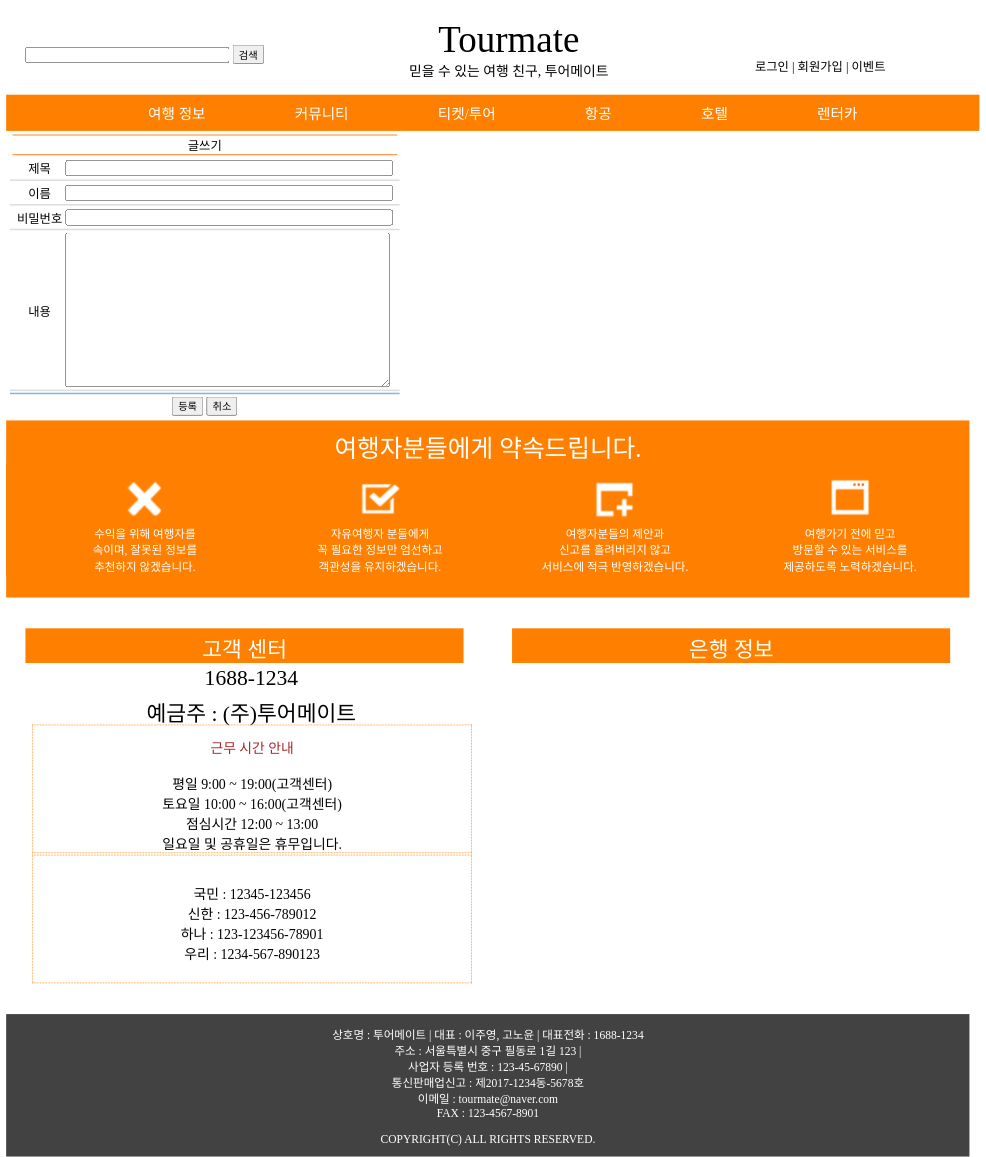
Repository: nohyoonko/2017-2-WP-Tourmate
Page: http://localhost/Tourmate/여행_후기_write.jsp
These files come from the project's save history. The page is drawn as it stood at one moment and after the next save; the edit follows.
The browser window is 1280 px wide. The pictures show the whole page, at 77% of full size.
The page is served by Tomcat 9. Other server files are loaded and not shown.

Above is the page before, as saved 2017-12-05 04:14:11.

### eclipse-workspace/Tourmate/WebContent/여행_후기_write.jsp
<%@ page language="java" contentType="text/html; charset=utf-8"
    pageEncoding="utf-8"%>
<%@ page import="java.sql.*" %>

<script language = "javascript"> // 자바 스크립트 시작

function writeCheck()
{
	var form = document.writeform;
	if( !form.name.value ) // form 에 있는 name 값이 없을 때
	{
		alert( "이름을 적어주세요" ); // 경고창 띄움
		form.name.focus(); // form 에 있는 name 위치로 이동
		return;
	}

	if( !form.password.value )
	{
		alert( "비밀번호를 적어주세요" );
		form.password.focus(); return;
	}
	if( !form.title.value )
	{
		alert( "제목을 적어주세요" );
		form.title.focus();
		return;
	}

	if( !form.memo.value )
	{
		alert( "내용을 적어주세요" );
		form.memo.focus();
		return;
	}
	form.submit();
}
</script>


<!DOCTYPE html PUBLIC "-//W3C//DTD HTML 4.01 Transitional//EN" "http://www.w3.org/TR/html4/loose.dtd">
<html>
 <head>
 <title>투어메이트</title>
 </head>
 <body>
<!-- 제목+메뉴바를 포함한 Header.jsp 파일을 include -->
<jsp:include page="Header.jsp" flush="false"/>
<table>
<form name="writeform" method="post" action="여행_후기_write_ok.jsp">
  <tr>
   <td>
    <table width="100%" cellpadding="0" cellspacing="0" border="0">
     <tr style="background:url('2_trip/table_mid.gif') repeat-x; text-align:center;">
      <td width="5"><img src="2_trip/table_left.gif" width="5" height="30" /></td>
      <td>글쓰기</td>
      <td width="5"><img src="2_trip/table_right.gif" width="5" height="30" /></td>
     </tr>
    </table>
   <table>
     <tr>
      <td>&nbsp;</td>
      <td align="center">제목</td>
      <td><input name="title" size="50" maxlength="100"></td>
      <td>&nbsp;</td>
     </tr>
     <tr height="1" bgcolor="#dddddd"><td colspan="4"></td></tr>
    <tr>
      <td>&nbsp;</td>
      <td align="center">이름</td>
      <td><input name="name" size="50" maxlength="50"></td>
      <td>&nbsp;</td>
     </tr>
      <tr height="1" bgcolor="#dddddd"><td colspan="4"></td></tr>
    <tr>
      <td>&nbsp;</td>
      <td align="center">비밀번호</td>
      <td><input type="password" name="password" size="50" maxlength="50"></td>
      <td>&nbsp;</td>
     </tr>
     <tr height="1" bgcolor="#dddddd"><td colspan="4"></td></tr>
     <tr>
      <td>&nbsp;</td>
      <td align="center">내용</td>
      <td><textarea name="memo" cols="50" rows="13"></textarea></td>
      <td>&nbsp;</td>
     </tr>
     <tr height="1" bgcolor="#dddddd"><td colspan="4"></td></tr>
     <tr height="1" bgcolor="#82B5DF"><td colspan="4"></td></tr>
     <tr align="center">
      <td>&nbsp;</td>
      <td colspan="2"><input type="submit" value="등록" OnClick="javascript:writeCheck();">
       <input type="reset" value="취소" OnClick="javascript:history.back(-1)">
      <td>&nbsp;</td>
     </tr>
    </table>
   </td>
  </tr>
  </form>
 </table>
<!-- 회사 정보와 약속을 포함한 Footer.jsp 파일을 include -->
<jsp:include page="Footer.jsp" flush="false"/>
</body>
 </html>

### eclipse-workspace/Tourmate/WebContent/Header.jsp
<%@ page language="java" contentType="text/html; charset=UTF-8"
    pageEncoding="UTF-8"%>
<!DOCTYPE html PUBLIC "-//W3C//DTD HTML 4.01 Transitional//EN" "http://www.w3.org/TR/html4/loose.dtd">
<html>
<head>
	<meta http-equiv="Content-Type" content="text/html; charset=UTF-8">
	<title>투어메이트</title>
    <style>
        div { font-family: "함초롬돋움"; }

        div.header1 {
            width: 30%;
            float: left;
            margin-left: 25px;
            margin-top: 50px;
        }

        div.header2 {
            width: 33%;
            height: 60px;
            float: left;
            margin-left: 40px;
            margin-top: 15px;
            color: black;
        }

      	div.header2 > a {
        	color:black; text-decoration:none;
      	}

        div.header3 {
            width: 31%;
            height: 50px;
            float: left;
            margin-right: 10px;
            margin-top: 65px;
        }

        .menubar {
 			background: #FF8000;
 			display: inline-block;
  			width: 100%;
		}
		.main { margin: 0; padding: 0; font-size: 19px; }
		.main li {
			padding:0% 3% 0% 3%;
  			float: left;
  			list-style:none;
  			position: relative;
		}
		.main li:first-child { margin-left: 10%; }
		.main li:hover { background: #984807; }
		.main a {
  			color: white;
  			display: block;
  			padding: 10px 20px;
  			text-decoration: none;
		}
		.main ul {
  			background: white;
  			display: none;
  			padding: 0;
  			position: absolute;
  			left: 0;
  			top: 100%;
  			z-index: 2;
  			width: 210px;
		}
		.main ul li { float: none; margin-left: 10%; }
		.main ul a { color: #984807; }
		.main ul li:hover { background: white; }
		.main ul li:hover>a { color: #FF8000; }
	</style>
</head>
<body>
    <div class="header1">
        <input type="text" size=30>
        <input type="submit" value="검색">
    </div>
    <a href="투어메이트.html">
    <div class="header2">
        <center>
            <font face="HYHeadLine" size="7">Tourmate</font><br>
            <font face="함초롬돋움" size="4">믿을 수 있는 여행 친구, 투어메이트</font>
        </center>
    </div>
    </a>
    <div class="header3">
        <center>
            <font size="3">로그인 | 회원가입 | 이벤트</font>
        </center>
    </div>

    <!--상단 메뉴바와 하위 메뉴-->
    <script src="//code.jquery.com/jquery.min.js"></script>
	<script>
	$(function(){
  		$(".main li").hover(function(){
    		$('ul:first',this).show();
  		}, function(){
    		$('ul:first',this).hide();
  		});
	});
	</script>

    <div class="menubar">
        <ul class="main">
            <li>
           		<a href="#">여행 정보</a>
           		<ul>
            		<li><a href="인기_여행_도시.jsp">인기 여행 도시</a></li>
            		<li><a href="#">여행 준비</a></li>
            	</ul>
            </li>

            <li>
                <a href="#">커뮤니티</a>
                <ul>
                    <li><a href="여행_후기.jsp">여행 후기</a></li>
                    <li><a href="#">맛집 추천</a></li>
                </ul>
            </li>

            <li>
                <a href="#">티켓/투어</a>
                <ul>
                    <li><a href="티켓투어_한국.jsp">한국</a></li>
                    <li><a href="티켓투어_홍콩.jsp">홍콩</a></li>
                    <li><a href="티켓투어_일본.jsp">일본</a></li>
                    <li><a href="티켓투어_싱가포르.jsp">싱가포르</a></li>
                    <li><a href="티켓투어_대만.jsp">대만</a></li>
                </ul>
            </li>

            <li><a href="항공.jsp">항공</a></li>
            <li><a href="호텔.jsp">호텔</a></li>
            <li><a href="#">렌터카</a></li>
        </ul>
    </div>

</body>
</html>

### eclipse-workspace/Tourmate/WebContent/Footer.jsp
<%@ page language="java" contentType="text/html; charset=UTF-8"
    pageEncoding="UTF-8"%>
<!DOCTYPE html PUBLIC "-//W3C//DTD HTML 4.01 Transitional//EN" "http://www.w3.org/TR/html4/loose.dtd">
<html>
<head>
	<meta http-equiv="Content-Type" content="text/html; charset=UTF-8">
	<title>투어메이트</title>
    <style>
        div { font-family: "함초롬돋움"; }

       div.footer{
         width:99%;
         height:220px;
         float:left;
         background-color:#FF8000;
         color:white;
         text-align:center;
         padding-top:10px;
      }
      div.promise{
         width:20%;
         float:left;
         height:140px;
         background-color:#FF8000;
         color:white;
         font-size:15px;
         text-align:center;
         padding-top:5px;
         padding-left:55px;
      }
      div.footer2{
         width:45%;
         height:40px;
         float:left;
         font-size:28px;
         background-color:#FF8000;
         color:white;
         text-align:center;
         padding-top:5px;
         margin-left:2%;
         margin-right:3%;
         margin-top:40px;
      }
      div.footer3{
         width:45%;
         height:35px;
         float:left;
         font-size:28px;
         text-align:center;
         padding-top:4px;
         margin-left:34px;
         margin-right:34px;
      }
      div.footer4{
         width:45%;
         height:150px;
         float:left;
         font-size:18px;
         text-align:center;
         padding-top:15px;
         margin-top:2px;
         margin-left:34px;
         margin-right:34px;
         border-width: 1px;
         border-style : dotted;
         border-color : #FF8000;
      }
      div.footer5{
         width:99%;
         height:170px;
         font-size:15px;
         background-color:#424242;
         color:white;
         float:left;
         text-align:center;
         padding-top:15px;
         margin-top:40px;
      }
       #fo {width:60px; height:60px; padding:10px 70px 5px 70px;}
	</style>
</head>
<body>
       <div class="footer">
         <font size="6">여행자분들에게 약속드립니다.</font><br>
         <div class="promise">
            <img id="fo" src="main/footer 그림1.png"><br>
            수익을 위해 여행자를<br>
            속이며, 잘못된 정보를<br>
            추천하지 않겠습니다.
         </div>
         <div class="promise">
            <img id="fo" src="main/footer 그림2.png"><br>
            자유여행자 분들에게<br>
            꼭 필요한 정보만 엄선하고<br>
            객관성을 유지하겠습니다.
         </div>
         <div class="promise">
            <img id="fo" src="main/footer 그림3.png"><br>
            여행자분들의 제안과<br>
            신고를 흘려버리지 않고<br>
            서비스에 적극 반영하겠습니다.
         </div>
         <div class="promise">
            <img id="fo" src="main/footer 그림4.png"><br>
            여행가기 전에 믿고<br>
            방문할 수 있는 서비스를<br>
            제공하도록 노력하겠습니다.
         </div>
      </div>
      <br>
      <div class="footer2">고객 센터</div>
      <div class="footer2">은행 정보</div>
      <br>
      <div class="footer3">1688-1234</div>
      <div class="footer3">예금주 : (주)투어메이트</div>
      <br>
      <div class="footer4">
         <font color="brown" size="4">근무 시간 안내</font><br><br>
         평일 9:00 ~ 19:00(고객센터)<br>
         토요일 10:00 ~ 16:00(고객센터)<br>
         점심시간 12:00 ~ 13:00<br>
         일요일 및 공휴일은 휴무입니다.<br>
      </div>
      <div class="footer4"><br>
         국민 : 12345-123456<br>
         신한 : 123-456-789012<br>
         하나 : 123-123456-78901<br>
         우리 : 1234-567-890123<br>
      </div>
      <div class="footer5">
         상호명 : 투어메이트 | 대표 : 이주영, 고노윤 | 대표전화 : 1688-1234<br>
         주소 : 서울특별시 중구 필동로 1길 123 | <br>
         사업자 등록 번호 : 123-45-67890 |<br>
         통신판매업신고 : 제2017-1234동-5678호<br>
         이메일 : tourmate@naver.com<br>
         FAX : 123-4567-8901<br><br>
         COPYRIGHT(C) ALL RIGHTS RESERVED.<br>
      </div>
</body>
</html>

After the next save:
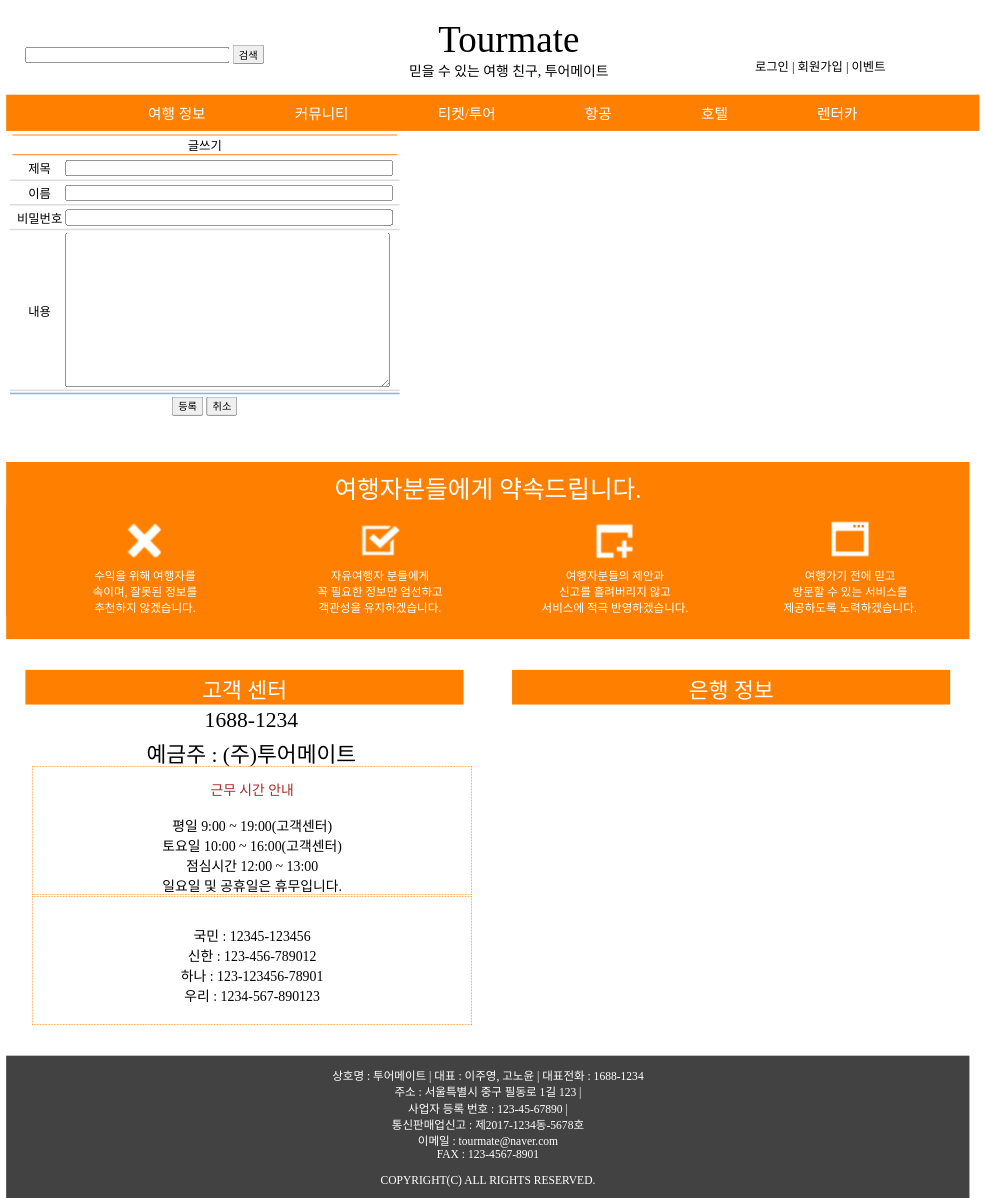
Saved 92 s later.
--- a/eclipse-workspace/Tourmate/WebContent/여행_후기_write.jsp
+++ b/eclipse-workspace/Tourmate/WebContent/여행_후기_write.jsp
@@ -45,6 +45,7 @@
  <body>
 <!-- 제목+메뉴바를 포함한 Header.jsp 파일을 include -->
 <jsp:include page="Header.jsp" flush="false"/>
+<br>
 <table>
 <form name="writeform" method="post" action="여행_후기_write_ok.jsp">
   <tr>
@@ -97,6 +98,7 @@
   </tr>
   </form>
  </table>
+ <br><br><br>
 <!-- 회사 정보와 약속을 포함한 Footer.jsp 파일을 include -->
 <jsp:include page="Footer.jsp" flush="false"/>
 </body>
